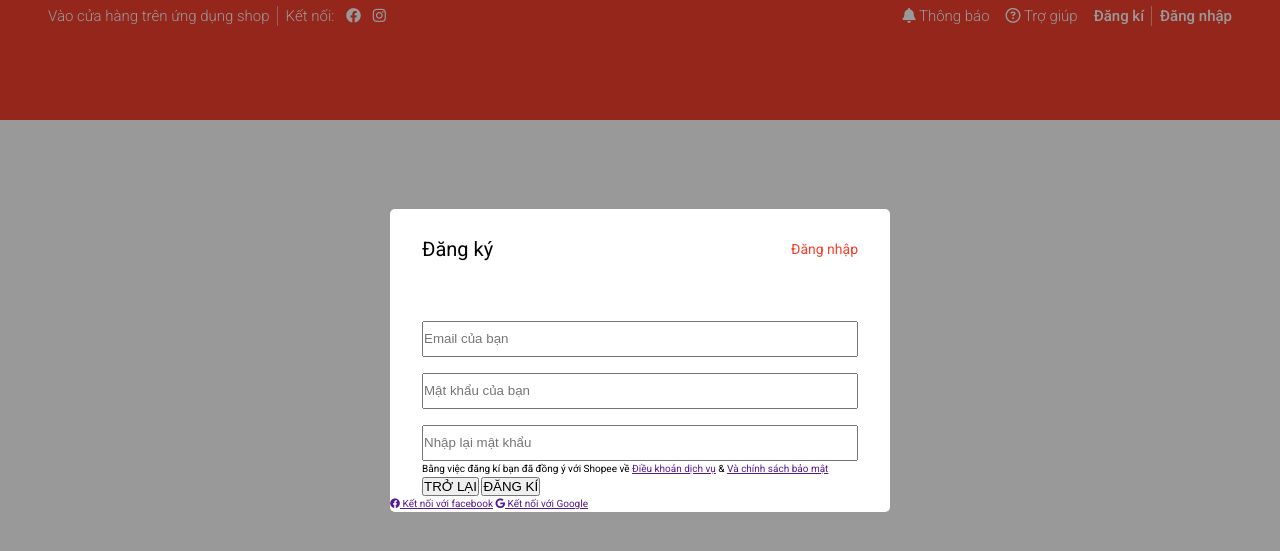
Repository: nguyenhoang2002062929/shoppee
Page: index.html
These files come from the project's save history. The page is drawn as it stood at one moment and after the next save; the edit follows.
The browser window is 1280 px wide. The pictures show the whole page.

Above is the page before, as saved 2023-06-20 10:25:46.

### index.html
<!DOCTYPE html>
<html lang="en">
<head>
    <meta charset="UTF-8">
    <meta name="viewport" content="width=device-width, initial-scale=1.0">
    <title>Document</title>

    <link rel="stylesheet" href="./assets/css/base.css">
    <link rel="stylesheet" href="./assets/css/main.css">
    <link href="https://fonts.googleapis.com/css2?family=Roboto:wght@100;300;400;500;700&display=swap" rel="stylesheet">
    <link rel="stylesheet" href="https://cdnjs.cloudflare.com/ajax/libs/font-awesome/6.4.0/css/all.min.css" integrity="sha512-iecdLmaskl7CVkqkXNQ/ZH/XLlvWZOJyj7Yy7tcenmpD1ypASozpmT/E0iPtmFIB46ZmdtAc9eNBvH0H/ZpiBw==" crossorigin="anonymous" referrerpolicy="no-referrer" />

</head>
<body>
    <div class="app">
        <!-- header -->
        <div class="header">
            <div class="gird">

                <nav class="header__nav">
                    <ul class="header__nav-list">
                        <li class="header__nav-item header__nav-item--separate header__nav-item--hover-qr ">Vào cửa hàng trên ứng dụng shop
                            <!-- header qr code -->
                            <div class="header__qr-code">
                                <img src="./assets/img/qr_code.png" alt="" class="header__qr-code-img">
                                <div class="header__qr-code-app">
                                    <img src="./assets/img/googplay.png" alt="" class="header__app">
                                    <img src="./assets/img/appStore.png" alt="" class="header__app">
                                </div>
                            </div>
                        </li>
                        <li class="header__nav-item">
                            <span>Kết nối:</span>
                            <a href="" class="header_nav-item-icon"> <i class="fab fa-facebook"></i></a>
                            <a href="" class="header_nav-item-icon"> <i class="fab fa-instagram"></i></a>
                        </li>
                    </ul>

                    <ul class="header__nav-list">
                        <li class="header__nav-item header__nav-item--notify "><a class="header__nav-item-link" href=""><i class="fas fa-bell"></i> Thông báo</a>
                           <!-- notify -->
                           <div class="header__notify">
                                <div class="header__notify-header">
                                    <h3 class="notify__title">Thông Báo Mới Nhận</h3>
                                </div>
                                <ul class="notify__list">
                                    <li class="notify__list-item notify__list-item--view">
                                        <img src="https://cf.shopee.vn/file/d52c8e2d6975e3175edda97f317e21cb_tn" alt="" class="notify__list-item-img">
                                        <div class="notify__list-item-text">
                                            <p class="notify__list-item-text-big">Nhanh tay săn ngay mỹ phẩm F8 vào ngày 8/3 để nhận nhiều ưu đãi</p>
                                            <p class="notify__list-item-text-small">Thương hiệu mỹ phẩm đến từ F8, sáng mịn da tự tin ra đường bảo đảm trai bu như kiến hiện đang giảm giá 99% chỉ còn 1k</p>
                                        </div>
                                    </li>
                                    <li class="notify__list-item">
                                        <img src="https://cf.shopee.vn/file/d52c8e2d6975e3175edda97f317e21cb_tn" alt="" class="notify__list-item-img">
                                        <div class="notify__list-item-text">
                                            <p class="notify__list-item-text-big">Nhanh tay săn ngay mỹ phẩm F8 vào ngày 8/3 để nhận nhiều ưu đãi</p>
                                            <p class="notify__list-item-text-small">Thương hiệu mỹ phẩm đến từ F8, sáng mịn da tự tin ra đường bảo đảm trai bu như kiến hiện đang giảm giá 99% chỉ còn 1k</p>
                                        </div>
                                    </li>
                                    <li class="notify__list-item">
                                        <img src="https://cf.shopee.vn/file/d52c8e2d6975e3175edda97f317e21cb_tn" alt="" class="notify__list-item-img">
                                        <div class="notify__list-item-text">
                                            <p class="notify__list-item-text-big">Nhanh tay săn ngay mỹ phẩm F8 vào ngày 8/3 để nhận nhiều ưu đãi</p>
                                            <p class="notify__list-item-text-small">Thương hiệu mỹ phẩm đến từ F8, sáng mịn da tự tin ra đường bảo đảm trai bu như kiến hiện đang giảm giá 99% chỉ còn 1k</p>
                                        </div>
                                    </li>
                                    <li class="notify__list-item notify__list-item--view">
                                        <img src="https://cf.shopee.vn/file/d52c8e2d6975e3175edda97f317e21cb_tn" alt="" class="notify__list-item-img">
                                        <div class="notify__list-item-text">
                                            <p class="notify__list-item-text-big">Nhanh tay săn ngay mỹ phẩm F8 vào ngày 8/3 để nhận nhiều ưu đãi</p>
                                            <p class="notify__list-item-text-small">Thương hiệu mỹ phẩm đến từ F8, sáng mịn da tự tin ra đường bảo đảm trai bu như kiến hiện đang giảm giá 99% chỉ còn 1k</p>
                                        </div>
                                    </li>
                                </ul>
                                <div class="header__notify-footer">Xem tất cả</div>
                            </div>
                        </li>
                        <li class="header__nav-item"><a class="header__nav-item-link" href=""><i class="far fa-question-circle"></i> Trợ giúp</a></li>
                        <li class="header__nav-item header__nav-item--strong header__nav-item--separate">Đăng kí</li>
                        <li class="header__nav-item header__nav-item--strong">Đăng nhập</li>
                    </ul>
                </nav>
            </div>
        </div>

        <!-- container -->
        <div class="container">

        </div>

        <!-- footer -->
        <div class="footer">

        </div>
    </div>

    <!-- modal layout -->
    <div class="modal">
        <div class="modal__overlay"></div>
        <div class="modal__body">
                <!-- Authen form -->
            <div class="auth-form">
                <div class="auth-form__container">
                    <div class="auth-form__header">
                        <h3 class="auth-form__heading">Đăng ký</h3>
                        <span class="auth-form__switch-btn">Đăng nhập</span>
                    </div>
                    <div class="auth-form__form">
                        <div class="auth-form__group">
                            <input type="text" class="auth-form__input" placeholder="Email của bạn">
                        </div>
                        <div class="auth-form__group">
                            <input type="password" class="auth-form__input" placeholder="Mật khẩu của bạn">
                        </div>
                        <div class="auth-form__group">
                            <input type="password" class="auth-form__input" placeholder="Nhập lại mật khẩu">
                        </div>
                    </div>

                    <div class="auth-form__aside">
                        <p class="auth-form__policy-text">Bằng việc đăng kí bạn đã đồng ý với Shopee về
                            <a href="" class="auth-form__policy-link">Điều khoản dịch vụ</a> & <a href="" class="auth-form__policy-link">Và chính sách bảo mật</a>
                        </p>
                    </div>
                <div class="auth-form__controls">
                        <button class="btn">TRỞ LẠI</button>
                        <button class="btn btn--primary">ĐĂNG KÍ</button>
                </div>
                </div>
            <div class="auth-form__social">
                <a href="" class="btn btn--with-icon"><i class="fa-brands fa-facebook"></i> Kết nối với facebook</a>
                <a href="" class="btn btn--with-icon"><i class="fa-brands fa-google"></i> Kết nối với Google</a>
            </div>
            </div>

        </div>
    </div>
</body>
</html>

### assets/css/base.css
:root{
    --white-color: #fff;
    --black-color: #000;
    --text-color: #333;
    --color-main: #f63f2e;
}
*{
    box-sizing: inherit;
    margin: 0;
    padding: 0;
}
html{
    font-size: 62.5%;
    line-height: 1.6rem;
    font-family: 'Roboto', sans-serif;
    box-sizing: border-box;
}
.gird{
    width: 1200px;
    max-width: 1200px;
    margin: 0 auto;
}
.gird__full-width{
    width: 100%;
}
.gird__row{
    display: flex;
    flex-wrap: wrap;
}

### assets/css/main.css

.header{
    width: 100%;
    height: 120px;
    background-color: #f63f2e;
}
.header__nav{
    display: flex;
    justify-content: space-between;

}
.header__nav-list{
    display: flex;
}
.header__nav-item{
    position: relative;
    display: block;
    font-size: 15px;
    color:  var(--white-color);
    text-decoration: none;
    list-style-type: none;
    font-weight: 300;
    margin: 0px 8px;
    cursor: pointer;
    padding: 8px 0;
}
.header_nav-item-icon{
    text-decoration: none;
    color: var(--white-color);
    margin-left: 8px;
}
.header__nav-item-link{
    text-decoration: none;
    color: var(--white-color);
}
.header__nav-item--strong{
    font-weight: 500;
}
.header__nav-item--separate::after{
    content: "";
    height: 20px;
    color: #fff;
    opacity: 0.5;
    border-left: 1px solid #fff;
    position: absolute;
    top: 50%;
    right: -8px;
    transform: translateY(-50%);
}
.header_nav-item-icon:hover,
.header__nav-item:hover,
.header__nav-item-link:hover{
    color: rgba(255, 255, 255, 0.7);
}
.header__nav-item span{
    cursor: default;
    color: var(--white-color);
}
/* <!-- header qr code --> */
.header__qr-code{
    position: absolute;
    width: 186px;
    background-color: var(--white-color);
    left: 0;
    padding: 8px;
    display: none;
    margin-top: 8px;
    animation: inFace ease 0.4s;
}
.header__qr-code-img{
    width: 100%;
}
.header__qr-code-app{
    display: flex;
    justify-content: space-evenly;
}
.header__app{
    height: 16px;
}
.header__nav-item--hover-qr:hover .header__qr-code{
    display: block;
}
@keyframes inFace{
    from{
        opacity: 0;
    }
    to{
        opacity: 1;
    }
}
/* notify */
.header__notify{
    position: absolute;
    width: 404px;
    background-color: #fff;
    right: 0;
    top: 100%;
    border: 1px solid #ddd;
    border-radius: 2px;
    display: none;
    transform-origin: 90% top;
    animation: headerNotify ease-in 0.2s;
    will-change: opacity , transform;
}
@keyframes headerNotify{
    from{
        opacity: 0;
        transform: scale(0);
    }
    to{
        opacity: 1;
        transform: scale(1);
    }
}
.header__notify::before{
    position: absolute;
    content: "";
    border-width: 20px 35px;
    border-style: solid;
    border-color: transparent transparent #fff transparent;
    top: -28px;
    right: 12px;
}
.header__notify-header{
    display: block;
}
.notify__title{
    color:#333;
    font-weight: 300;
    font-size: 1.5rem;
    padding: 8px;
}
.notify__list{
}
.notify__list-item{
    position: relative;
    display: flex;
    color: #000;
    padding-bottom: 8px;
    padding-top: 8px;
}
.notify__list-item-img{
    top: 0;
    width: 48px;
    align-self: flex-start;
    padding: 2px 8px;
    display: inline;
}
.notify__list-item-text-big{
    font-size: 16px;
    font-weight: 400;
    text-overflow: 2px;
    line-height: 1.5;
}
.notify__list-item-text-small{
    font-size: 12px;
    font-weight: 300;
    color: #333;
    margin-top: 4px;
    line-height: 1.4;
}

.header__notify-footer{
    color: #333;
    text-align: center;
    padding: 8px 0;
    display: block;
}
.notify__list-item--view{
    background-color: rgba(239, 187, 176, 0.2)
}
.header__nav-item--notify:hover .header__notify {
    display: block;
}
.notify__list-item--view:hover{
    background-color: #ddd;
}
/* modal-overlay */
.modal{
    position: absolute;
    top: 0;
    bottom: 0;
    right: 0;
    left: 0;
    display: flex;
}
.modal__overlay{
    position: absolute;
    width: 100%;
    height: 100%;
    background-color:rgba(0, 0, 0, 0.4);
}
.modal__body{
    background-color: #fff;
    z-index: 1;
    margin: auto;
    border-radius: 5px;
}
/* authen form */
.auth-form{
    width: 500px;
}
.auth-form__container{
    padding: 0 32px;
}
.auth-form__header{
    display: flex;
    justify-content: space-between;
    padding: 32px 0;
}
.auth-form__heading{
    font-size: 2rem;
    font-weight: 400;
    color: var(--test-color);
}
.auth-form__switch-btn{
    font-size: 1.4rem;
    color: var(--color-main);
    font-weight: 400;
}
.auth-form__form{
    margin-top: 16px;
}
.auth-form__input{
    width: 100%;
    height: 36px;
    margin-top: 16px;

}

After the next save:
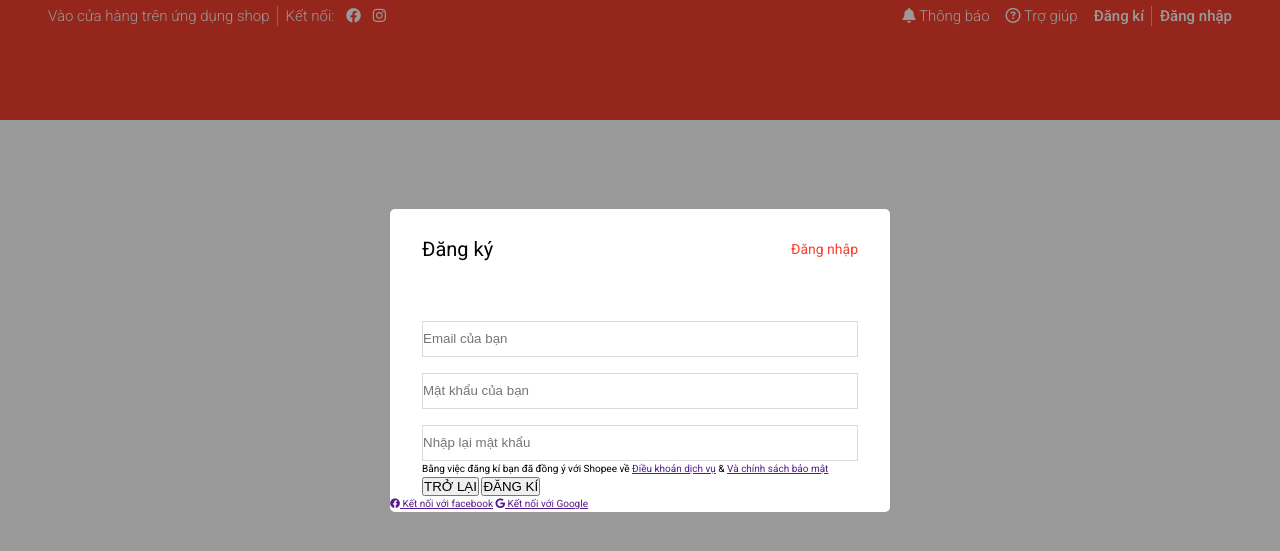
Saved 70 s later.
--- a/assets/css/main.css
+++ b/assets/css/main.css
@@ -225,5 +225,5 @@
     width: 100%;
     height: 36px;
     margin-top: 16px;
-
-}
+    border: 1px solid #dbdbdb;
+}
